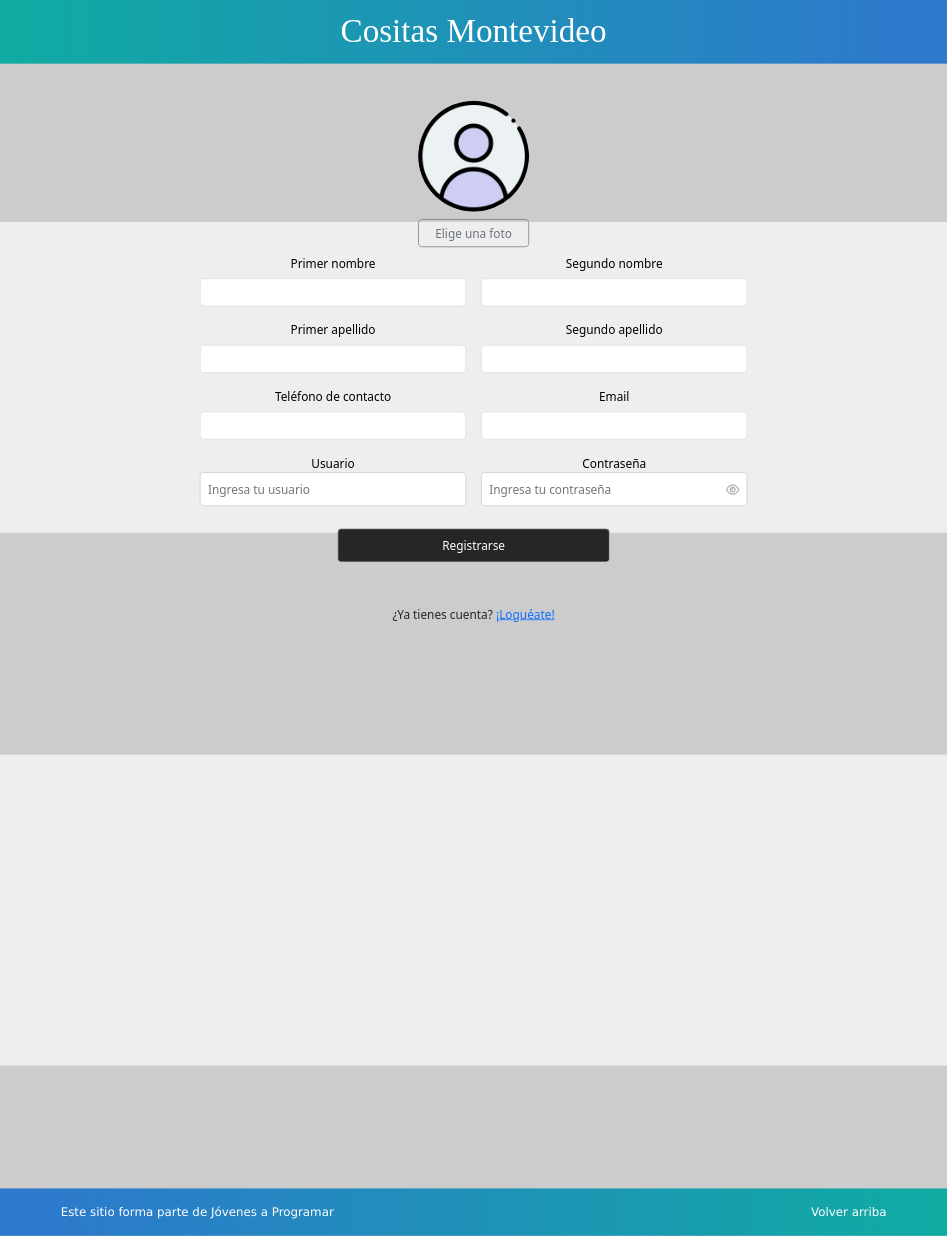
Repository: naticab/proyecto-dw
Page: registration.html
An editor plug-in stored every save of this project. The page is shown before and after the next save, followed by the edit.
The browser window is 1280 px wide. The pictures show the whole page, at 74% of full size.
Some web fonts or font styles are not loaded; a fallback is used.

Above is the page before, as saved 2024-10-23 15:28:07.
Console error: TypeError: Cannot read properties of null (reading 'classList')

### registration.html
<!DOCTYPE html>
<html lang="es">

<head>
    <meta charset="UTF-8">
    <meta name="viewport" content="width=device-width, initial-scale=1, shrink-to-fit=no">
    <title>eMercado - Todo lo que busques está aquí</title>

    <link href="https://fonts.googleapis.com/css?family=Raleway:300,300i,400,400i,700,700i,900,900i" rel="stylesheet">
    <link href="css/bootstrap.min.css" rel="stylesheet">
    <link href="https://cdn.jsdelivr.net/npm/bootstrap@5.3.0/dist/css/bootstrap.min.css" rel="stylesheet">
    <link href="https://cdn.jsdelivr.net/npm/@fortawesome/fontawesome-free/css/all.min.css" rel="stylesheet">
    <link href="css/styles.css" rel="stylesheet" type="text/css">
    <link rel="stylesheet" href="css/registration.css" type="text/css">
    <link href="css/header-and-footer.css" rel="stylesheet">
    <link href="https://fonts.googleapis.com/css2?family=Love+Ya+Like+A+Sister&display=swap" rel="stylesheet">
</head>

<body>

    <header>
        <div class="header-container">
            <h1>Cositas Montevideo</h1>
        </div>
    </header>


    <main>
        <div class="profile-container">
            <div class="profile-image">
                <img src="img/usuario.png" id="profilePic" alt="avatar">
                <input type="file" name="foto" id="foto" accept="image/*" style="display: none;" />
                <label for="foto" class="btn btn-outline-secondary">Elige una foto</label>
            </div>
            <form method="post" class="row" id="myForm">
                <div class="col-md-6">
                    <label for="nombre1" class="form-label">Primer nombre</label>
                    <input type="text" class="form-control" id="nombre1" name="nombre" required>
                    <div class="invalid-feedback">Debe ingresar un nombre.</div>
                </div>
                <div class="col-md-6">
                    <label for="nombre2" class="form-label">Segundo nombre</label>
                    <input type="text" class="form-control" id="nombre2" name="nombre2">
                </div>
                <div class="col-md-6">
                    <label for="apellido1" class="form-label">Primer apellido</label>
                    <input type="text" class="form-control" id="apellido1" name="apellido" required>
                    <div class="invalid-feedback">Debe ingresar un apellido.</div>
                </div>
                <div class="col-md-6">
                    <label for="apellido2" class="form-label">Segundo apellido</label>
                    <input type="text" class="form-control" id="apellido2" name="apellido2">
                </div>
                <div class="col-md-6">
                    <label for="telefono" class="form-label">Teléfono de contacto</label>
                    <input type="tel" class="form-control" id="telefono" name="telefono">
                </div>
                <div class="col-md-6">
                    <label for="email" class="form-label">Email</label>
                    <input type="email" class="form-control" id="email" name="email" required>
                    <div class="invalid-feedback">Debe ingresar un email.</div>
                </div>
                <div class="col-md-6">
                    <label for="username">Usuario</label>
                    <input type="text" id="username" name="username" placeholder="Ingresa tu usuario">
                </div>
                <div class="col-md-6">
                    <label for="password">Contraseña</label>
                    <div class="password-container">
                        <input type="password" id="password" name="password" placeholder="Ingresa tu contraseña">
                        <i class="far fa-eye" id="togglePassword"></i>
                    </div>
                </div>
                <div class="col-12 text-center">
                    <button type="submit" id="button">Registrarse</button>
                </div>
            </form>
            <br><br>
            <div>¿Ya tienes cuenta? <a href="login.html">¡Loguéate!</a></div>
        </div>
    </main>


    <footer class="text-center py-2">
        <div class="container">
            <div class="footer-content">
                <p class="footer-text">Este sitio forma parte de <a class="footer-link"
                        href="https://jovenesaprogramar.edu.uy/" target="_blank">Jóvenes a Programar</a></p>
                <p class="footer-link-end">
                    <a class="footer-link" href="#">Volver arriba</a>
                </p>
            </div>
        </div>
    </footer>

    <script src="js/bootstrap.bundle.min.js"></script>
    <script src="js/registration.js"></script>
    <script src="js/header-and-footer.js"></script>
</body>

</html>

### css/styles.css
.jumbotron,
.card-body,
.container,
.site-header {
  font-family: 'Verdana', serif !important;
}

.row {
  color: black;
}

#login-heading {
  font-size: 2rem;
}

.jumbotron .display-4 {
  font-weight: bold;
}

h2 {
  font-size: 2rem;
}

nav a {
  text-decoration: none;
}

.bd-placeholder-img {
  font-size: 1.125rem;
  text-anchor: middle;
  -webkit-user-select: none;
  -moz-user-select: none;
  -ms-user-select: none;
  user-select: none;
}

@media (min-width: 768px) {
  .bd-placeholder-img-lg {
    font-size: 3.5rem;
  }
}

.jumbotron {
  height: 50vh;
  padding: 5em inherit;
  margin-bottom: 0;
  background-color: #53C0FB;
  background: url('../img/cover_back.png');
  background-size: cover;
  background-position: center;
  background-repeat: no-repeat;
  color: black;
  font-weight: bold;
}

@media (min-width: 768px) {
  .jumbotron {
    padding-top: 6rem;
    padding-bottom: 6rem;
  }
}

.jumbotron p:last-child {
  margin-bottom: 0;
}

.jumbotron-heading {
  font-weight: 300;
}

.jumbotron .container {
  max-width: 40rem;
  background-color: rgba(255, 255, 255, 0.5);
  border-radius: 10px;
  text-shadow: 1px 1px 2px grey;
}

.jumbotron .lead {
  font-size: 38px;
}

.dropzone {
  border: 2px dashed #0087F7;
  border-radius: 5px;
  background: white;
}

.img-fit {
  max-height: 100%;
}

.alert {
  position: fixed;
  top: 80px;
  width: 50%;
  left: 50%;
  transform: translate(-50%, 0);
}

.lds-ring {
  display: inline-block;
  position: relative;
  width: 64px;
  height: 64px;
  top: 50%;
  left: 50%;
}

.cursor-active {
  cursor: pointer;
}

.left {
  float: left;
  padding: 4px;
  background-color: rgba(255, 255, 255, 0.5);
}

.lds-ring div {
  box-sizing: border-box;
  display: block;
  position: absolute;
  width: 51px;
  height: 51px;
  margin: 6px;
  border: 6px solid #fff;
  border-radius: 50%;
  animation: lds-ring 1.2s cubic-bezier(0.5, 0, 0.5, 1) infinite;
  border-color: #fff transparent transparent transparent;
}

.lds-ring div:nth-child(1) {
  animation-delay: -0.45s;
}

.lds-ring div:nth-child(2) {
  animation-delay: -0.3s;
}

.lds-ring div:nth-child(3) {
  animation-delay: -0.15s;
}

@keyframes lds-ring {
  0% {
    transform: rotate(0deg);
  }

  100% {
    transform: rotate(360deg);
  }
}

.signin {
  width: 100%;
  max-width: 330px;
  padding: 15px;
  margin: auto;
}

#spinner-wrapper {
  position: fixed;
  background-color: rgba(0, 0, 0, 0.5);
  width: 100%;
  height: 100%;
  top: 0;
  left: 0;
  z-index: 1021;
  display: none;
}

/* main {
  min-height: calc(100vh - 210px);
} */

a.custom-card,
a.custom-card:hover {
  color: inherit;
  text-decoration: inherit;
}

.checked {
  color: orange;
}

### css/registration.css
body {
    min-height: 100vh;
    background: linear-gradient(to bottom, #cccccc 300px, #eeeeee 300px);
    display: flex;
    flex-direction: column;
    margin: 0;
    padding: 0;
}


main {
    flex-grow: 1; /* Permite que el main crezca y ocupe todo el espacio disponible */
    display: flex;
    justify-content: center;
    align-items: center;
    margin-bottom: 800px; /* Añadir espacio inferior para evitar que el footer se solape */
}


.login-container {
    width: 30em;
    text-align: center;
}

input,
button {
    width: 100%;
    padding: 10px;
    margin: 10px 0;
    border-radius: 5px;
    border: 1px solid #ccc;
}

button {
    width: 50%;
    background-color: #252628;
    color: white;
    cursor: pointer;
}

button:hover {
    background-color: #3f3f3f;
}


.password-container {
    position: relative;
}

.password-container i {
    position: absolute;
    right: 10px;
    top: 50%;
    transform: translateY(-50%);
    cursor: pointer;
    color: #aaa;
}


header {
    background: #121219;
    color: #fff;
    width: 100%;
    display: flex;
    justify-content: center;
    align-items: center;
    padding: 1rem 0;
    box-sizing: border-box;
    /* Asegúrate de que el padding no afecte el ancho total */
    margin: 0;
}

.header-container {
    width: 100%;
    text-align: center;
}

h1 {
    font-family: "Love Ya Like A Sister", cursive;
    margin: 0;
}



@media (max-width: 768px) {
    .login-container {
        width: 25em;
    }
}

@media (max-width: 576px) {

    body {
        background-color: #AAA8A4;
    }

    .login-container {
        width: 20em;
        padding: 15px;
    }

    button {
        width: 50%;
    }

    input {
        margin: 5px 0;
    }

    footer {
        visibility: hidden;
    }
}







.bd-placeholder-img {
    font-size: 1.125rem;
    text-anchor: middle;
    -webkit-user-select: none;
    -moz-user-select: none;
    -ms-user-select: none;
    user-select: none;
}

@media (min-width: 768px) {
    .bd-placeholder-img-lg {
        font-size: 3.5rem;

    }

    html,
    body {
        height: 100%;
        margin: 0;
    }
}


.profile-container {
    display: flex;
    flex-direction: column;
    align-items: center;
    padding-top: 50px;
    margin: 0 auto;
    max-width: 800px;
    padding: 50px 20px 20px 20px;
    height: 100%;
}

.profile-image img {
    border-radius: 50%;
    width: 150px;
    height: 150px;
}

form {
    max-width: 800px;
    width: 100%;
}

label {
    display: block;
    text-align: center;
}

button {
    margin-top: 20px;
}

input {
    display: block;
    margin: 0 auto;
}

.row {
    display: flex;
    flex-wrap: wrap;
    justify-content: center;
}

.col-md-6 {
    width: 50%;
    padding: 10px;
}

.btn-outline-secondary {
    display: block;
    margin-top: 10px;
}

### css/header-and-footer.css
header {
    background: linear-gradient(to right, #10ABA2, #2E77CE);
    color: #fff;
    position: relative;
}

h1 {
    font-family: "Love Ya Like A Sister", cursive;
    font-size: 2.8rem;
}

a#inicio {
    color: #f1f1f1;
    text-decoration: none;
}

a#inicio:hover {
    color: white;
    transition: color 0.3s, text-shadow 0.3s;
}

.subtitulos-header {
    font-size: 1.2rem;
}

a.nav-link {
    color: #f1f1f1;
}

a.nav-link:hover {
    color: #9b9a9b;
    transition: color 0.3s, text-shadow 0.3s;
    transform: scale(1.05);
}

/* Espaciado entre los elementos del menú */
.navbar-nav .nav-item {
    margin-right: 40px;
}

.navbar-nav .nav-item:last-child {
    margin-right: 0;
    /* Quitar margen derecho al último elemento */
}

#user-name.nav-link {
    color: #f1f1f1;
}

#user-name.nav-link:hover {
    color: #9b9a9b;
    transform: scale(1.05);
    transition: color 0.3s, text-shadow 0.3s;
}

.navbar-collapse {
    justify-content: flex-end;
}

.navbar-toggler:hover {
    cursor: pointer;
}


.user-avatar {
    border-radius: 50%;
    width: 50px;
    height: 50px;
}

.user-avatar:hover {
    transform: scale(1.10);
    transition: 0.3s;
}

.navbar-nav .dropdown-menu {
    background: linear-gradient(to right, #10ABA2, #2E77CE);
    border: none;
}

.navbar-nav .dropdown-menu:hover {
    cursor: pointer;
    color: #9b9a9b;
    transition: color 0.3s, text-shadow 0.3s;
}

.dropdown-toggle::after {
    display: none;
}

.navbar-nav .nav-link {
    display: flex;
    align-items: center;
    height: 100%;
    padding: 0.5rem 0;
}



/* Modo Claroscuro */

/* Modo Claro */
body.light-mode {
    background-color: #edf2f374;
}

body.light-mode .product-card:hover {
    box-shadow: 0 4px 8px #16161633;
    background-color: #bef3ff91;
    cursor: pointer;
}

body.light-mode .related-products:hover {
    box-shadow: #00000033;
    background-color: #bef3ff91;
    cursor: pointer;
}



/* Modo Oscuro */
body.dark-mode {
    background-color: #262729;
    color: rgb(208, 208, 208);
}

body.dark-mode .product-card:hover {
    box-shadow: 0 4px 8px #16161633;
    background-color: #bef3ff;
    cursor: pointer;
}

body.dark-mode .related-products:hover {
    box-shadow: #00000033;
    background-color: #bef3ff;
    cursor: pointer;
}

body.dark-mode .color-letters {
    color: white;
}


/* Palanca para activar el claroscuro */

#mode-toggle {
    border: none;
    outline: none;
    box-shadow: none;
}

#mode-toggle i {
    transition: color 0.3s;
    font-size: 1.2rem;
    cursor: pointer;
    color: #ffffff;
}

#mode-toggle:hover {
    background: none;
    transform: scale(1.05);
}

#mode-toggle:hover .fa-sun {
    color: #ffd700;
}

#mode-toggle:hover .fa-moon {
    color: #000000;
}



/* Cart */

#cart-button {
    border: none;
    outline: none;
    box-shadow: none;
    background-color: transparent;
}

#cart-button i {
    transition: color 0.3s;
    font-size: 1.2rem;
    color: #ffffff;
}

#cart-button i:hover {
    color: #9B9A9B;
    transform: scale(1.05);
}




@media (max-width: 995px) {

    .hamburger {
        display: flex;
        flex-direction: row;
        align-items: center;
        justify-content: space-between;
    }

    .navbar-toggler {
        position: relative;
        right: 0;
    }

    .navbar-collapse {
        display: none;
        position: absolute;
        top: 148%;
        left: -45px;
        width: 270%;
        z-index: 999;
        flex-direction: column-reverse;
        align-items: center;
        justify-content: center;
    }

    .navbar-collapse.show {
        display: flex;
    }

    .navbar-nav {
        background: linear-gradient(to right, #10ABA2, #2E77CE);
        color: #fff;
        padding: 1.5rem;
        border-radius: 0 0 100px 100px;
        font-weight: bold;
        text-align: center;
        display: flex;
        justify-content: center;
        /* Centra horizontalmente todos los li */
        align-items: center;
        /* Centra verticalmente los li */
        width: 100%;
    }

    .navbar-toggler-icon {
        background-image: url('data:[embedded picture, 238 characters]');
        filter: brightness(0) invert(1);
        /* Cambia el icono a blanco */
    }

    .navbar-toggler:focus {
        outline: none;
        box-shadow: none;
    }


    .navbar-nav:hover {
        cursor: pointer;
    }

    a.nav-link:hover {
        color: #9b9a9b;
        transition: color 0.3s, text-shadow 0.3s;
        transform: scale(1.05);
    }

    .navbar-nav .nav-item {
        margin: 10px 0;
    }
}


footer {
    background: linear-gradient(to right, #2E77CE, #10ABA2);
    color: #fff;
    min-height: 4rem;
    display: flex;
    justify-content: center;
    align-items: center;
    padding: 0 1rem;
}

.container {
    width: 100%;
}

.footer-content {
    display: flex;
    justify-content: space-between;
    width: 100%;
    align-items: center;
}

.footer-text {
    margin: 0;
    text-align: center;
}

.footer-link-end {
    margin: 0;
    text-align: right;
}

.footer-link {
    color: #fff;
    text-decoration: none;
}

.footer-link:hover {
    color: #9b9a9b;
    transition: color 0.3s, text-shadow 0.3s;
    transform: scale(1.05);
}


/* Menú desplegable del usuario */

@media (max-width: 995px) {
    .navbar-nav .dropdown-menu {
        width: auto;
        min-width: 150px;
        max-width: 200px;
        left: 0;
        right: auto;
        top: 100%;
        position: relative;
        z-index: 1000;
    }

    .dropdown-menu>li {
        padding: 0.05rem;

    }

    .dropdown-item {
        width: 100%;
        white-space: normal;
    }
}

main {
    min-height: 100vh;
    /* El contenido ocupará al menos el 100% de la altura de la ventana */
    padding-bottom: 30px;
    /* Da espacio suficiente para que el contenido no se superponga con el footer */
    box-sizing: border-box;
}

### js/registration.js
document.getElementById('togglePassword').addEventListener('click', function () {
  const passwordField = document.getElementById('password');
  const type = passwordField.getAttribute('type') === 'password' ? 'text' : 'password';
  passwordField.setAttribute('type', type);

  this.classList.toggle('fa-eye-slash');
});

document.getElementById('myForm').addEventListener('submit', function (event) {
  // Evitar que el formulario se envíe al servidor
  event.preventDefault();

  const username = document.getElementById('username').value;
  const password = document.getElementById('password').value;

  if (username !== '' && password !== '') {
      alert('¡Bienvenido! Muchas gracias por registrarte con nosotros');

      localStorage.setItem('isAuthenticated', 'true');
      localStorage.setItem('username', username);

      window.location.href = 'index.html';
  } else {
      alert('Por favor, ingresa un usuario y contraseña válidos.');
  }
});



document.addEventListener("DOMContentLoaded", function () {
    const defaultFile = 'img/usuario.png';
    const fileInput = document.getElementById('foto');
    const profilePic = document.getElementById('profilePic');
    const userImageElement = document.getElementById('user-image');
    const userImage = userImageElement ? userImageElement.querySelector('img') : null;

    // Cargar la imagen de perfil desde localStorage
    const savedImage = localStorage.getItem('profileImage');
    if (savedImage) {
      profilePic.src = savedImage; // Actualiza la imagen en el perfil
      if (userImage) userImage.src = savedImage; // Actualiza la imagen en el header
    } else {
      profilePic.src = defaultFile; // Imagen por defecto
      if (userImage) userImage.src = defaultFile; // Imagen por defecto
    }

    fileInput.addEventListener('change', e => {
      if (e.target.files[0]) {
        const reader = new FileReader();
        reader.onload = function (e) {
          const imageBase = e.target.result;
          profilePic.src = imageBase; // Actualiza la imagen en el perfil
          if (userImage) userImage.src = imageBase; // Actualiza la imagen en el header
          localStorage.setItem('profileImage', imageBase); // Guarda la imagen en localStorage
        };
        reader.readAsDataURL(e.target.files[0]); // Lee el archivo como URL en Base64
      } else {
        profilePic.src = defaultFile; // Imagen por defecto
        if (userImage) userImage.src = defaultFile; // Imagen por defecto
        localStorage.removeItem('profileImage'); // Eliminar imagen de localStorage
      }
    });

    // Recuperar los datos guardados en localStorage al cargar la página
    const nombre1 = document.getElementById("nombre1");
    const apellido = document.getElementById("apellido1");
    const email = document.getElementById("email");

    if (localStorage.getItem("nombre")) {
      nombre1.value = localStorage.getItem("nombre");
    }

    if (localStorage.getItem("apellido")) {
      apellido.value = localStorage.getItem("apellido");
    }

    if (localStorage.getItem("userEmail")) {
      email.value = localStorage.getItem("userEmail");
    }

    // Validación del formulario y guardar datos en localStorage
    document.getElementById("regBtn").addEventListener("click", function (e) {
      e.preventDefault(); // Evita el envío del formulario
      let isValid = true;

      // Validar campos requeridos
      if (!nombre1.value.trim()) {
        nombre1.classList.add("is-invalid");
        isValid = false;
      } else {
        nombre1.classList.remove("is-invalid");
        nombre1.classList.add("is-valid");
      }

      if (!apellido.value.trim()) {
        apellido.classList.add("is-invalid");
        isValid = false;
      } else {
        apellido.classList.remove("is-invalid");
        apellido.classList.add("is-valid");
      }

      // Validación del email usando una expresión regular para verificar que tenga @
      const emailRegex = /^[^\s@]+@[^\s@]+\.[^\s@]+$/;
      if (!email.value.trim() || !emailRegex.test(email.value)) {
        email.classList.add("is-invalid");
        isValid = false;
      } else {
        email.classList.remove("is-invalid");
        email.classList.add("is-valid");
      }

      // Si todo es válido, guardar en localStorage
      if (isValid) {
        localStorage.setItem("nombre", nombre1.value);
        localStorage.setItem("apellido", apellido.value);
        localStorage.setItem("userEmail", email.value);
        alert("Datos guardados con éxito.");
      }
    });
  });

### js/header-and-footer.js
document.addEventListener('click', function(event) {
    var navbar = document.querySelector('.navbar-collapse');
    var toggler = document.querySelector('.navbar-toggler');

    // Si el menú está abierto y se hace clic fuera de él, lo cierra
    if (navbar.classList.contains('show') && !navbar.contains(event.target) && !toggler.contains(event.target)) {
        var bsCollapse = new bootstrap.Collapse(navbar, {
            toggle: false
        });
        bsCollapse.hide();
    }
});

// Cerrar el menú automáticamente al hacer clic en cualquier enlace
var navLinks = document.querySelectorAll('.nav-link');
navLinks.forEach(function(link) {
    link.addEventListener('click', function() {
        var navbar = document.querySelector('.navbar-collapse');
        var bsCollapse = new bootstrap.Collapse(navbar, {
            toggle: false
        });
        bsCollapse.hide();
    });
});


// Modo Claroscuro

// Seleccionar el botón y el icono
const modeToggle = document.getElementById("mode-toggle");
const themeIcon = document.getElementById("theme-icon");

// Establecer el modo inicial según el modo de color preferido del navegador
if (localStorage.getItem("theme") === "dark") {
    document.body.classList.add("dark-mode");
    themeIcon.classList.remove("fa-moon");
    themeIcon.classList.add("fa-sun");
} else {
    document.body.classList.add("light-mode");
    themeIcon.classList.remove("fa-sun");
    themeIcon.classList.add("fa-moon");
}

// Función para alternar entre modos
modeToggle.addEventListener("click", () => {
    document.body.classList.toggle("dark-mode");
    document.body.classList.toggle("light-mode");

    // Cambiar el icono y guardar la preferencia en localStorage
    if (document.body.classList.contains("dark-mode")) {
        themeIcon.classList.remove("fa-moon");
        themeIcon.classList.add("fa-sun");
        localStorage.setItem("theme", "dark");
    } else {
        themeIcon.classList.remove("fa-sun");
        themeIcon.classList.add("fa-moon");
        localStorage.setItem("theme", "light");
    }
});

Loaded but not shown: css/bootstrap.min.css (library); js/bootstrap.bundle.min.js (library)

After the next save:
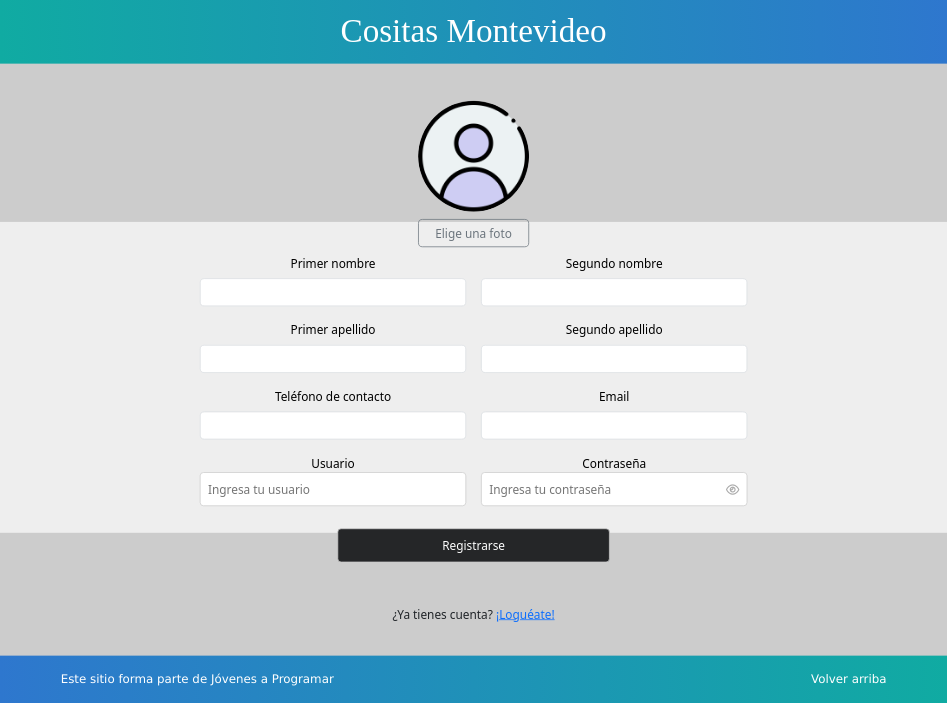
Saved 7 s later.
--- a/css/registration.css
+++ b/css/registration.css
@@ -13,7 +13,7 @@ main {
     display: flex;
     justify-content: center;
     align-items: center;
-    margin-bottom: 800px; /* Añadir espacio inferior para evitar que el footer se solape */
+    margin-bottom: 80px; /* Añadir espacio inferior para evitar que el footer se solape */
 }
 
 
